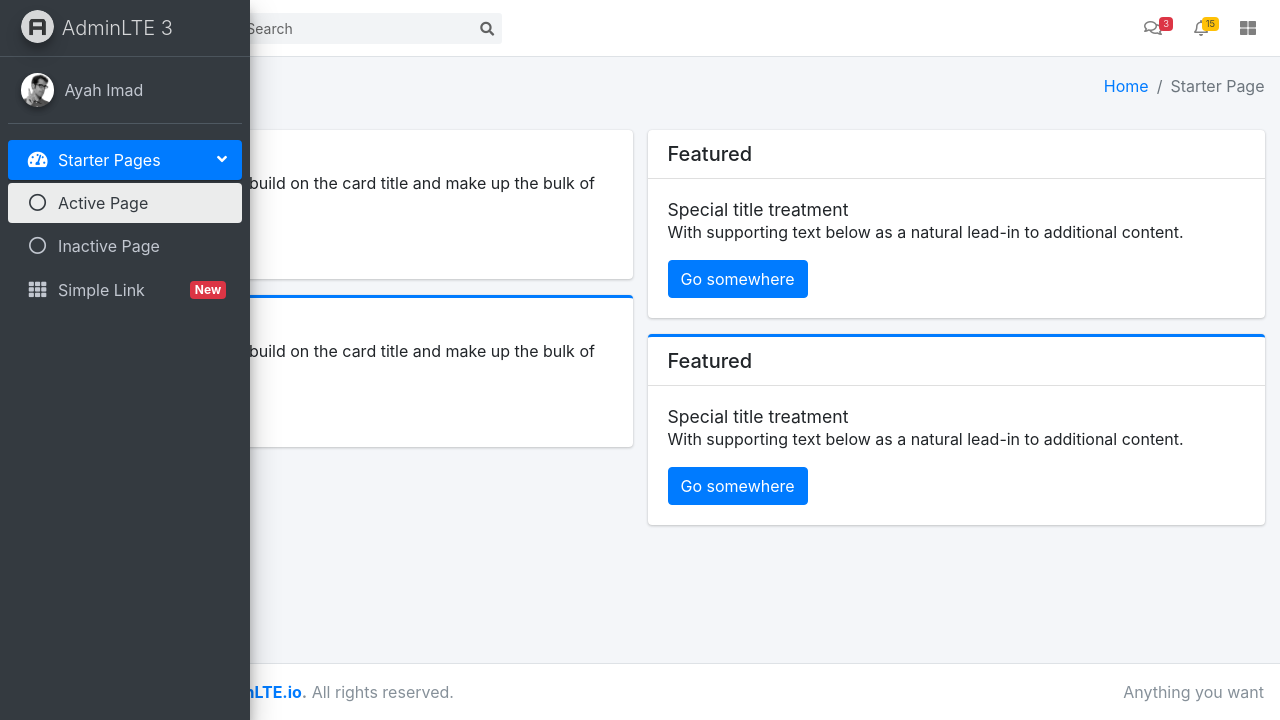
Repository: Abdaljawad-Aya/Django-Exercises
Page: polls/templates/polls/starter.html
These files come from the project's save history. The page is drawn as it stood at one moment and after the next save; the edit follows.
The browser window is 1280 px wide. The pictures show the whole page.
Some web fonts or font styles are not loaded; a fallback is used. The page is served by the project's application, run on Django 3.2 (manage.py). Other server files are loaded and not shown. The template is opened directly, without the code that normally fills it, so the values that code supplies are empty.

Above is the page before, as saved 2021-03-09 16:17:08.

### crudDj/DJ/polls/templates/polls/starter.html

<!--
This is a starter template page. Use this page to start your new project from
scratch. This page gets rid of all links and provides the needed markup only.
-->
{% load static %}
<!DOCTYPE html>
<html lang="en">
<head>
  <meta charset="utf-8">
  <meta name="viewport" content="width=device-width, initial-scale=1">
  <meta http-equiv="x-ua-compatible" content="ie=edge">

  <title>AdminLTE 3 | Starter</title>

  <!-- Font Awesome Icons -->
  <link rel="stylesheet" href="{% static 'plugins/fontawesome-free/css/all.min.css' %}">
  <!-- Theme style -->
  <link rel="stylesheet" href="{% static 'dist/css/adminlte.min.css'%}">
  <!-- Google Font: Source Sans Pro -->
  <link href="https://fonts.googleapis.com/css?family=Source+Sans+Pro:300,400,400i,700" rel="stylesheet">
</head>
<body class="hold-transition sidebar-mini">
<div class="wrapper">

  <!-- Navbar -->
  <nav class="main-header navbar navbar-expand navbar-white navbar-light">
    <!-- Left navbar links -->
    <ul class="navbar-nav">
      <li class="nav-item">
        <a class="nav-link" data-widget="pushmenu" href="#" role="button"><i class="fas fa-bars"></i></a>
      </li>
      <li class="nav-item d-none d-sm-inline-block">
        <a href="index3.html" class="nav-link">Home</a>
      </li>
      <li class="nav-item d-none d-sm-inline-block">
        <a href="#" class="nav-link">Contact</a>
      </li>
    </ul>

    <!-- SEARCH FORM -->
    <form class="form-inline ml-3">
      <div class="input-group input-group-sm">
        <input class="form-control form-control-navbar" type="search" placeholder="Search" aria-label="Search">
        <div class="input-group-append">
          <button class="btn btn-navbar" type="submit">
            <i class="fas fa-search"></i>
          </button>
        </div>
      </div>
    </form>

    <!-- Right navbar links -->
    <ul class="navbar-nav ml-auto">
      <!-- Messages Dropdown Menu -->
      <li class="nav-item dropdown">
        <a class="nav-link" data-toggle="dropdown" href="#">
          <i class="far fa-comments"></i>
          <span class="badge badge-danger navbar-badge">3</span>
        </a>
        <div class="dropdown-menu dropdown-menu-lg dropdown-menu-right">
          <a href="#" class="dropdown-item">
            <!-- Message Start -->
            <div class="media">
              <img src="{% static 'dist/img/user1-128x128.jpg'%}" alt="User Avatar" class="img-size-50 mr-3 img-circle">
              <div class="media-body">
                <h3 class="dropdown-item-title">
                  Brad Diesel
                  <span class="float-right text-sm text-danger"><i class="fas fa-star"></i></span>
                </h3>
                <p class="text-sm">Call me whenever you can...</p>
                <p class="text-sm text-muted"><i class="far fa-clock mr-1"></i> 4 Hours Ago</p>
              </div>
            </div>
            <!-- Message End -->
          </a>
          <div class="dropdown-divider"></div>
          <a href="#" class="dropdown-item">
            <!-- Message Start -->
            <div class="media">
              <img src="{% static 'dist/img/user8-128x128.jpg'%}" alt="User Avatar" class="img-size-50 img-circle mr-3">
              <div class="media-body">
                <h3 class="dropdown-item-title">
                  John Pierce
                  <span class="float-right text-sm text-muted"><i class="fas fa-star"></i></span>
                </h3>
                <p class="text-sm">I got your message bro</p>
                <p class="text-sm text-muted"><i class="far fa-clock mr-1"></i> 4 Hours Ago</p>
              </div>
            </div>
            <!-- Message End -->
          </a>
          <div class="dropdown-divider"></div>
          <a href="#" class="dropdown-item">
            <!-- Message Start -->
            <div class="media">
              <img src="{% static 'dist/img/user3-128x128.jpg'%}" alt="User Avatar" class="img-size-50 img-circle mr-3">
              <div class="media-body">
                <h3 class="dropdown-item-title">
                  Nora Silvester
                  <span class="float-right text-sm text-warning"><i class="fas fa-star"></i></span>
                </h3>
                <p class="text-sm">The subject goes here</p>
                <p class="text-sm text-muted"><i class="far fa-clock mr-1"></i> 4 Hours Ago</p>
              </div>
            </div>
            <!-- Message End -->
          </a>
          <div class="dropdown-divider"></div>
          <a href="#" class="dropdown-item dropdown-footer">See All Messages</a>
        </div>
      </li>
      <!-- Notifications Dropdown Menu -->
      <li class="nav-item dropdown">
        <a class="nav-link" data-toggle="dropdown" href="#">
          <i class="far fa-bell"></i>
          <span class="badge badge-warning navbar-badge">15</span>
        </a>
        <div class="dropdown-menu dropdown-menu-lg dropdown-menu-right">
          <span class="dropdown-header">15 Notifications</span>
          <div class="dropdown-divider"></div>
          <a href="#" class="dropdown-item">
            <i class="fas fa-envelope mr-2"></i> 4 new messages
            <span class="float-right text-muted text-sm">3 mins</span>
          </a>
          <div class="dropdown-divider"></div>
          <a href="#" class="dropdown-item">
            <i class="fas fa-users mr-2"></i> 8 friend requests
            <span class="float-right text-muted text-sm">12 hours</span>
          </a>
          <div class="dropdown-divider"></div>
          <a href="#" class="dropdown-item">
            <i class="fas fa-file mr-2"></i> 3 new reports
            <span class="float-right text-muted text-sm">2 days</span>
          </a>
          <div class="dropdown-divider"></div>
          <a href="#" class="dropdown-item dropdown-footer">See All Notifications</a>
        </div>
      </li>
      <li class="nav-item">
        <a class="nav-link" data-widget="control-sidebar" data-slide="true" href="#" role="button"><i
            class="fas fa-th-large"></i></a>
      </li>
    </ul>
  </nav>
  <!-- /.navbar -->

  <!-- Main Sidebar Container -->
  <aside class="main-sidebar sidebar-dark-primary elevation-4">
    <!-- Brand Logo -->
    <a href="index3.html" class="brand-link">
      <img src="{% static 'dist/img/AdminLTELogo.png'%}" alt="AdminLTE Logo" class="brand-image img-circle elevation-3"
           style="opacity: .8">
      <span class="brand-text font-weight-light">AdminLTE 3</span>
    </a>

    <!-- Sidebar -->
    <div class="sidebar">
      <!-- Sidebar user panel (optional) -->
      <div class="user-panel mt-3 pb-3 mb-3 d-flex">
        <div class="image">
          <img src="{% static 'dist/img/user2-160x160.jpg'%}" class="img-circle elevation-2" alt="User Image">
        </div>
        <div class="info">
          <a href="#" class="d-block">Ayah Imad</a>
        </div>
      </div>

      <!-- Sidebar Menu -->
      <nav class="mt-2">
        <ul class="nav nav-pills nav-sidebar flex-column" data-widget="treeview" role="menu" data-accordion="false">
          <!-- Add icons to the links using the .nav-icon class
               with font-awesome or any other icon font library -->
          <li class="nav-item has-treeview menu-open">
            <a href="#" class="nav-link active">
              <i class="nav-icon fas fa-tachometer-alt"></i>
              <p>
                Starter Pages
                <i class="right fas fa-angle-left"></i>
              </p>
            </a>
            <ul class="nav nav-treeview">
              <li class="nav-item">
                <a href="#" class="nav-link active">
                  <i class="far fa-circle nav-icon"></i>
                  <p>Active Page</p>
                </a>
              </li>
              <li class="nav-item">
                <a href="#" class="nav-link">
                  <i class="far fa-circle nav-icon"></i>
                  <p>Inactive Page</p>
                </a>
              </li>
            </ul>
          </li>
          <li class="nav-item">
            <a href="#" class="nav-link">
              <i class="nav-icon fas fa-th"></i>
              <p>
                Simple Link
                <span class="right badge badge-danger">New</span>
              </p>
            </a>
          </li>
        </ul>
      </nav>
      <!-- /.sidebar-menu -->
    </div>
    <!-- /.sidebar -->
  </aside>

  <!-- Content Wrapper. Contains page content -->
  <div class="content-wrapper">
    <!-- Content Header (Page header) -->
    <div class="content-header">
      <div class="container-fluid">
        <div class="row mb-2">
          <div class="col-sm-6">
            <h1 class="m-0 text-dark">Starter Page</h1>
          </div><!-- /.col -->
          <div class="col-sm-6">
            <ol class="breadcrumb float-sm-right">
              <li class="breadcrumb-item"><a href="#">Home</a></li>
              <li class="breadcrumb-item active">Starter Page</li>
            </ol>
          </div><!-- /.col -->
        </div><!-- /.row -->
      </div><!-- /.container-fluid -->
    </div>
    <!-- /.content-header -->

    <!-- Main content -->
    <div class="content">
      <div class="container-fluid">
        <div class="row">
          <div class="col-lg-6">
            <div class="card">
              <div class="card-body">
                <h5 class="card-title">Card title</h5>

                <p class="card-text">
                  Some quick example text to build on the card title and make up the bulk of the card's
                  content.
                </p>

                <a href="#" class="card-link">Card link</a>
                <a href="#" class="card-link">Another link</a>
              </div>
            </div>

            <div class="card card-primary card-outline">
              <div class="card-body">
                <h5 class="card-title">Card title</h5>

                <p class="card-text">
                  Some quick example text to build on the card title and make up the bulk of the card's
                  content.
                </p>
                <a href="#" class="card-link">Card link</a>
                <a href="#" class="card-link">Another link</a>
              </div>
            </div><!-- /.card -->
          </div>
          <!-- /.col-md-6 -->
          <div class="col-lg-6">
            <div class="card">
              <div class="card-header">
                <h5 class="m-0">Featured</h5>
              </div>
              <div class="card-body">
                <h6 class="card-title">Special title treatment</h6>

                <p class="card-text">With supporting text below as a natural lead-in to additional content.</p>
                <a href="#" class="btn btn-primary">Go somewhere</a>
              </div>
            </div>

            <div class="card card-primary card-outline">
              <div class="card-header">
                <h5 class="m-0">Featured</h5>
              </div>
              <div class="card-body">
                <h6 class="card-title">Special title treatment</h6>

                <p class="card-text">With supporting text below as a natural lead-in to additional content.</p>
                <a href="#" class="btn btn-primary">Go somewhere</a>
              </div>
            </div>
          </div>
          <!-- /.col-md-6 -->
        </div>
        <!-- /.row -->
      </div><!-- /.container-fluid -->
    </div>
    <!-- /.content -->
  </div>
  <!-- /.content-wrapper -->

  <!-- Control Sidebar -->
  <aside class="control-sidebar control-sidebar-dark">
    <!-- Control sidebar content goes here -->
    <div class="p-3">
      <h5>Title</h5>
      <p>Sidebar content</p>
    </div>
  </aside>
  <!-- /.control-sidebar -->

  <!-- Main Footer -->
  <footer class="main-footer">
    <!-- To the right -->
    <div class="float-right d-none d-sm-inline">
      Anything you want
    </div>
    <!-- Default to the left -->
    <strong>Copyright &copy; 2014-2019 <a href="https://adminlte.io">AdminLTE.io</a>.</strong> All rights reserved.
  </footer>
</div>
<!-- ./wrapper -->

<!-- REQUIRED SCRIPTS -->

<!-- jQuery -->
<script src="{% static 'plugins/jquery/jquery.min.js'%}"></script>
<!-- Bootstrap 4 -->
<script src="{% static 'plugins/bootstrap/js/bootstrap.bundle.min.js'%}"></script>
<!-- AdminLTE App -->
<script src="{% static 'dist/js/adminlte.min.js'%}"></script>
</body>
</html>

### crudDj/DJ/DJ/urls.py
"""DJ URL Configuration

The `urlpatterns` list routes URLs to views. For more information please see:
    https://docs.djangoproject.com/en/3.1/topics/http/urls/
Examples:
Function views
    1. Add an import:  from my_app import views
    2. Add a URL to urlpatterns:  path('', views.home, name='home')
Class-based views
    1. Add an import:  from other_app.views import Home
    2. Add a URL to urlpatterns:  path('', Home.as_view(), name='home')
Including another URLconf
    1. Import the include() function: from django.urls import include, path
    2. Add a URL to urlpatterns:  path('blog/', include('blog.urls'))
"""
from django.contrib import admin
from django.urls import path , include

urlpatterns = [
    path('polls/', include('polls.urls')),
    path('admin/', admin.site.urls),
]

### crudDj/DJ/polls/urls.py
from django.urls import path
from polls import views

urlpatterns = [
    path ('' , views.index, name="index"),
]

Loaded but not shown: crudDj/DJ/static/plugins/fontawesome-free/css/all.min.css (library); crudDj/DJ/static/dist/css/adminlte.min.css (library); crudDj/DJ/static/plugins/jquery/jquery.min.js (library); crudDj/DJ/static/plugins/bootstrap/js/bootstrap.bundle.min.js (library); crudDj/DJ/static/dist/js/adminlte.min.js (library)

After the next save:
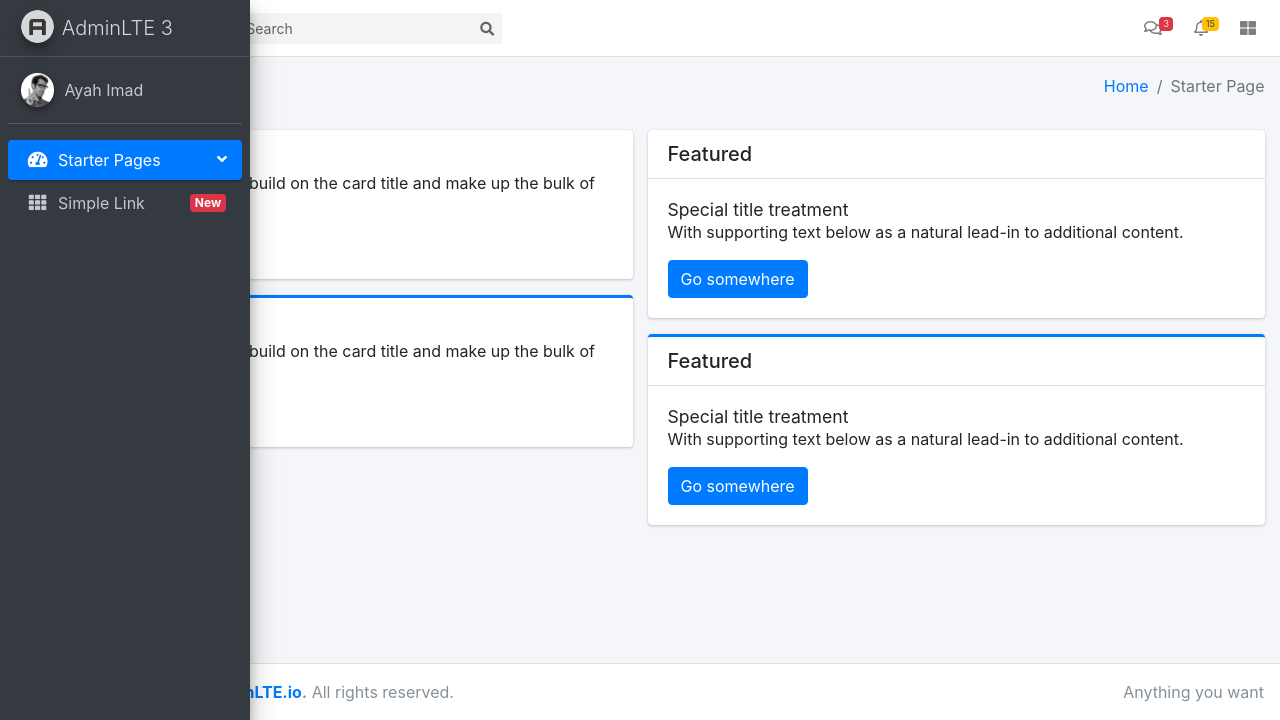
Saved 3 h 27 min later.
--- a/crudDj/DJ/polls/templates/polls/starter.html
+++ b/crudDj/DJ/polls/templates/polls/starter.html
@@ -179,7 +179,7 @@
                 <i class="right fas fa-angle-left"></i>
               </p>
             </a>
-            <ul class="nav nav-treeview">
+            {% comment %} <ul class="nav nav-treeview">
               <li class="nav-item">
                 <a href="#" class="nav-link active">
                   <i class="far fa-circle nav-icon"></i>
@@ -192,7 +192,7 @@
                   <p>Inactive Page</p>
                 </a>
               </li>
-            </ul>
+            </ul> {% endcomment %}
           </li>
           <li class="nav-item">
             <a href="#" class="nav-link">

After the save that followed:
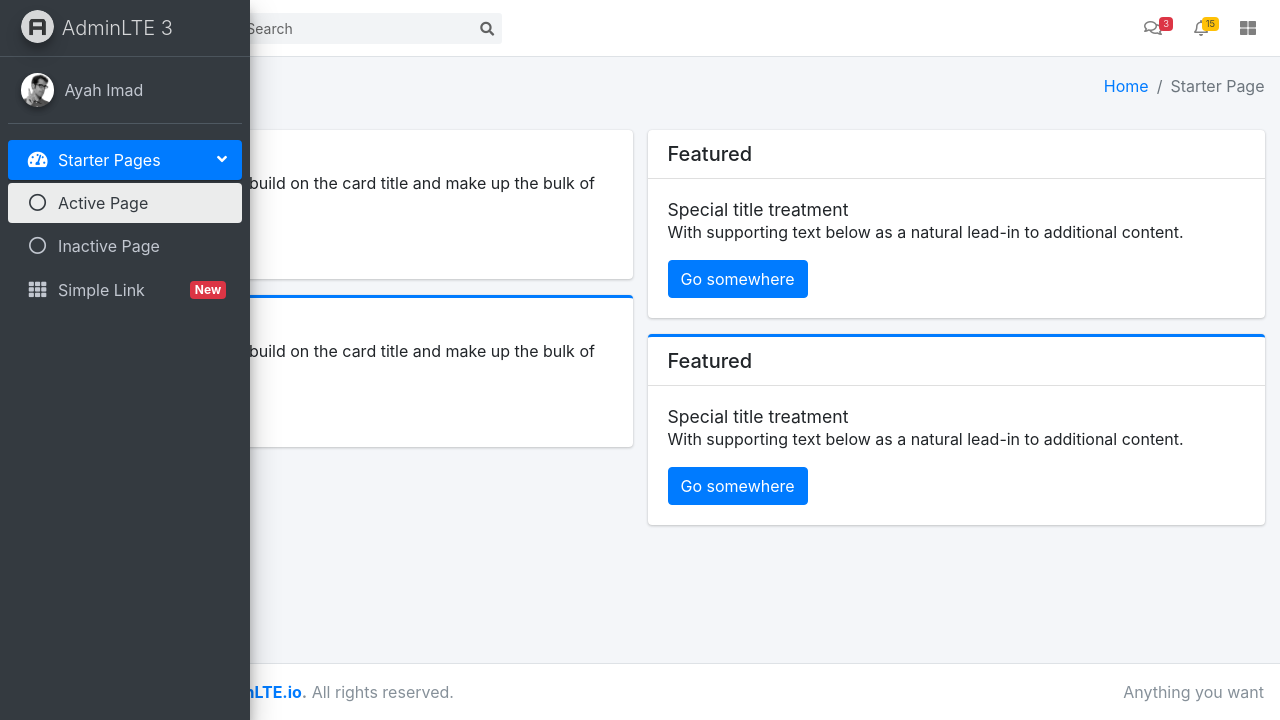
Saved 4 min 16 s later.
--- a/crudDj/DJ/polls/templates/polls/starter.html
+++ b/crudDj/DJ/polls/templates/polls/starter.html
@@ -179,7 +179,7 @@
                 <i class="right fas fa-angle-left"></i>
               </p>
             </a>
-            {% comment %} <ul class="nav nav-treeview">
+            <ul class="nav nav-treeview">
               <li class="nav-item">
                 <a href="#" class="nav-link active">
                   <i class="far fa-circle nav-icon"></i>
@@ -192,7 +192,7 @@
                   <p>Inactive Page</p>
                 </a>
               </li>
-            </ul> {% endcomment %}
+            </ul>
           </li>
           <li class="nav-item">
             <a href="#" class="nav-link">
